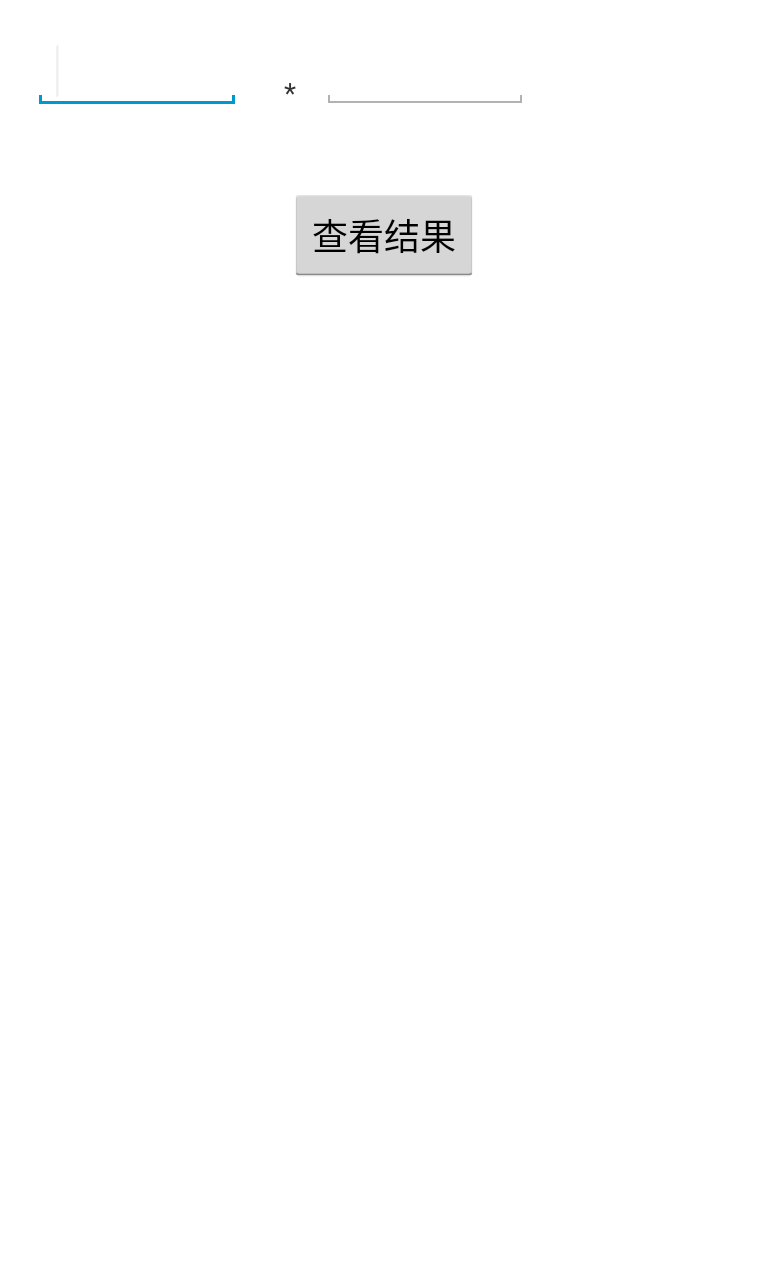
Repository: 729517723/AndroidProject
Layout: Activity_03_contrl/res/layout/activity_main.xml
These files come from the project's save history. The layout is drawn as it stood at one moment and after the next save; the edit follows.
It is drawn on a 768 x 1280 px phone screen (xhdpi) without system bars, with theme AppTheme; the app's code is not run.

Above is the layout before, as saved 2016-08-15 16:46:54.

### Activity_03_contrl/res/layout/activity_main.xml
<RelativeLayout xmlns:android="http://schemas.android.com/apk/res/android"
    xmlns:tools="http://schemas.android.com/tools"
    android:layout_width="match_parent"
    android:layout_height="match_parent"
    android:paddingBottom="@dimen/activity_vertical_margin"
    android:paddingLeft="@dimen/activity_horizontal_margin"
    android:paddingRight="@dimen/activity_horizontal_margin"
    android:paddingTop="@dimen/activity_vertical_margin"
    tools:context="com.example.activity_03_contrl.MainActivity" >


    <EditText
        android:id="@+id/first"
        android:layout_width="wrap_content"
        android:layout_height="wrap_content"
        android:ems="5" >
        <requestFocus />
    </EditText>

    <EditText
        android:id="@+id/second"
        android:layout_width="wrap_content"
        android:layout_height="wrap_content"
        android:layout_alignBaseline="@+id/first"
        android:layout_alignBottom="@+id/first"
        android:layout_marginLeft="39dp"
        android:layout_toRightOf="@+id/first"
        android:ems="5" />

    <TextView
        android:id="@+id/textView1"
        android:layout_width="wrap_content"
        android:layout_height="wrap_content"
        android:layout_above="@+id/button1"
        android:layout_marginLeft="21dp"
        android:layout_toRightOf="@+id/first"
        android:text="*" />

    <Button
        android:id="@+id/button1"
        android:layout_width="wrap_content"
        android:layout_height="wrap_content"
        android:layout_below="@+id/first"
        android:layout_centerHorizontal="true"
        android:layout_marginTop="38dp"
        android:onClick="OnClick"
        android:text="查看结果" />

</RelativeLayout>

Loaded but not shown: Activity_03_contrl/res/values/styles.xml (common file); Activity_03_contrl/res/values-v11/styles.xml (common file); Activity_03_contrl/res/values-v14/styles.xml (common file); Activity_03_contrl/res/values/dimens.xml (common file); Activity_03_contrl/res/values-w820dp/dimens.xml (common file)

After the next save:
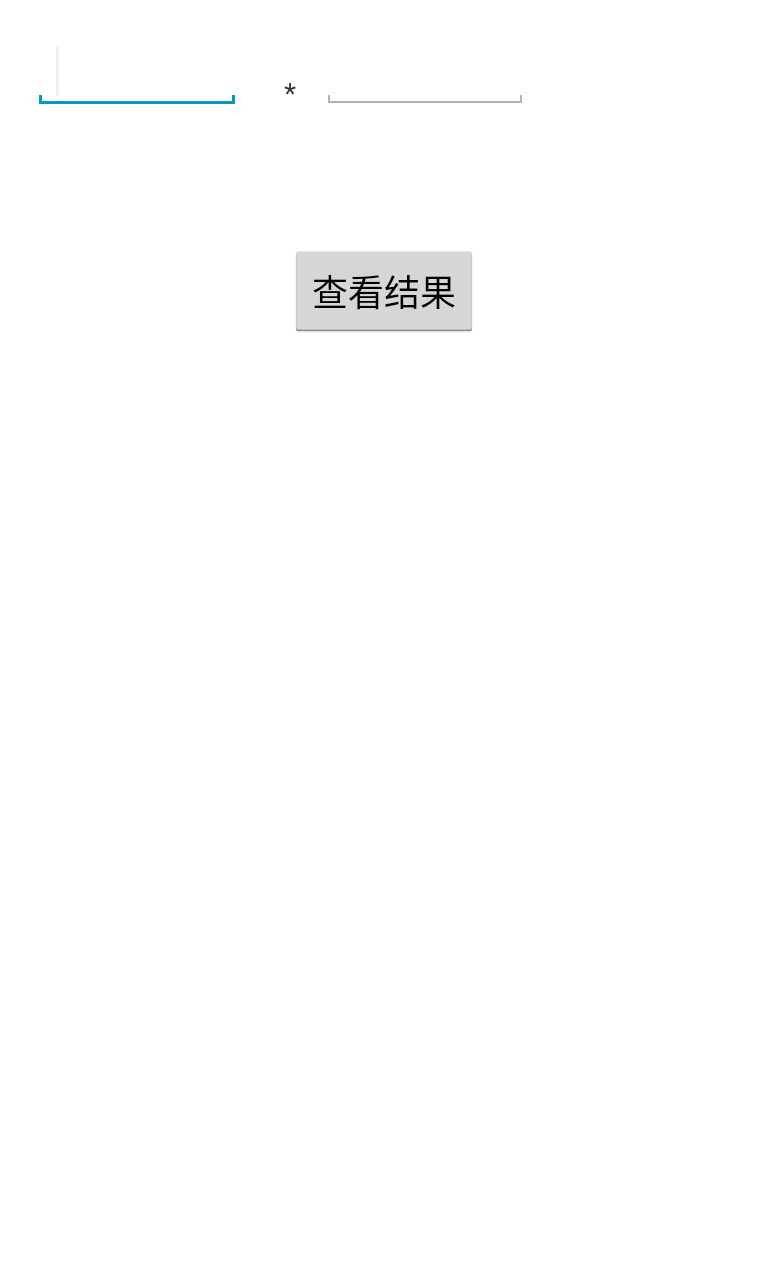
Saved 106 s later.
--- a/Activity_03_contrl/res/layout/activity_main.xml
+++ b/Activity_03_contrl/res/layout/activity_main.xml
@@ -42,7 +42,7 @@
         android:layout_height="wrap_content"
         android:layout_below="@+id/first"
         android:layout_centerHorizontal="true"
-        android:layout_marginTop="38dp"
+        android:layout_marginTop="66dp"
         android:onClick="OnClick"
         android:text="查看结果" />
 
